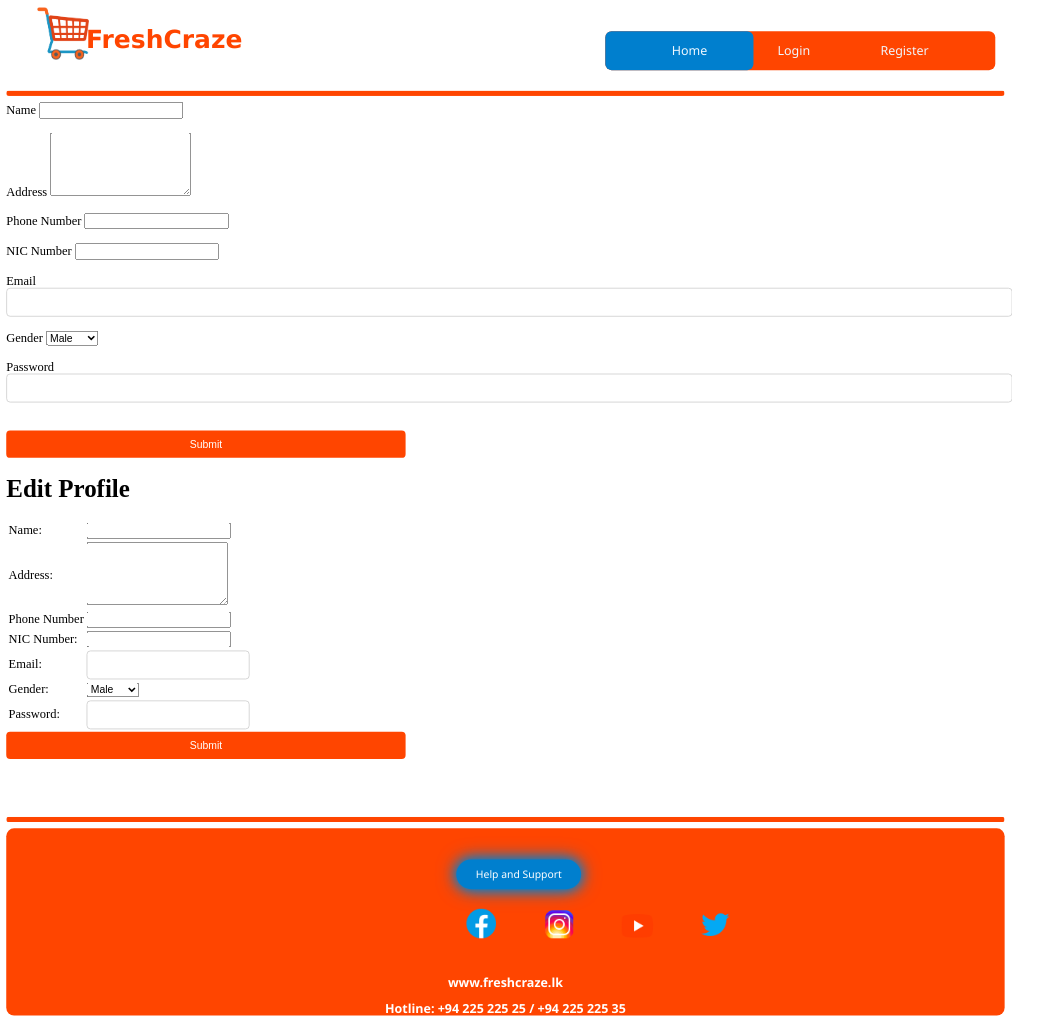
Repository: chamarac2002/FreshCraze
Page: http://localhost/CustomerDemo/customerinsert.jsp
These files come from the project's save history. The page is drawn as it stood at one moment and after the next save; the edit follows.
The browser window is 1280 px wide. The page is 1298 px wide, then 1348 px, so the pictures cover 1348 px, including what lies to the right of the window. The pictures show the whole page, at 78% of full size.
The page is served by Tomcat 9. Nobody is signed in. The application's start-up code is not run.

Above is the page before, as saved 2024-05-11 08:05:00.

After the next save:
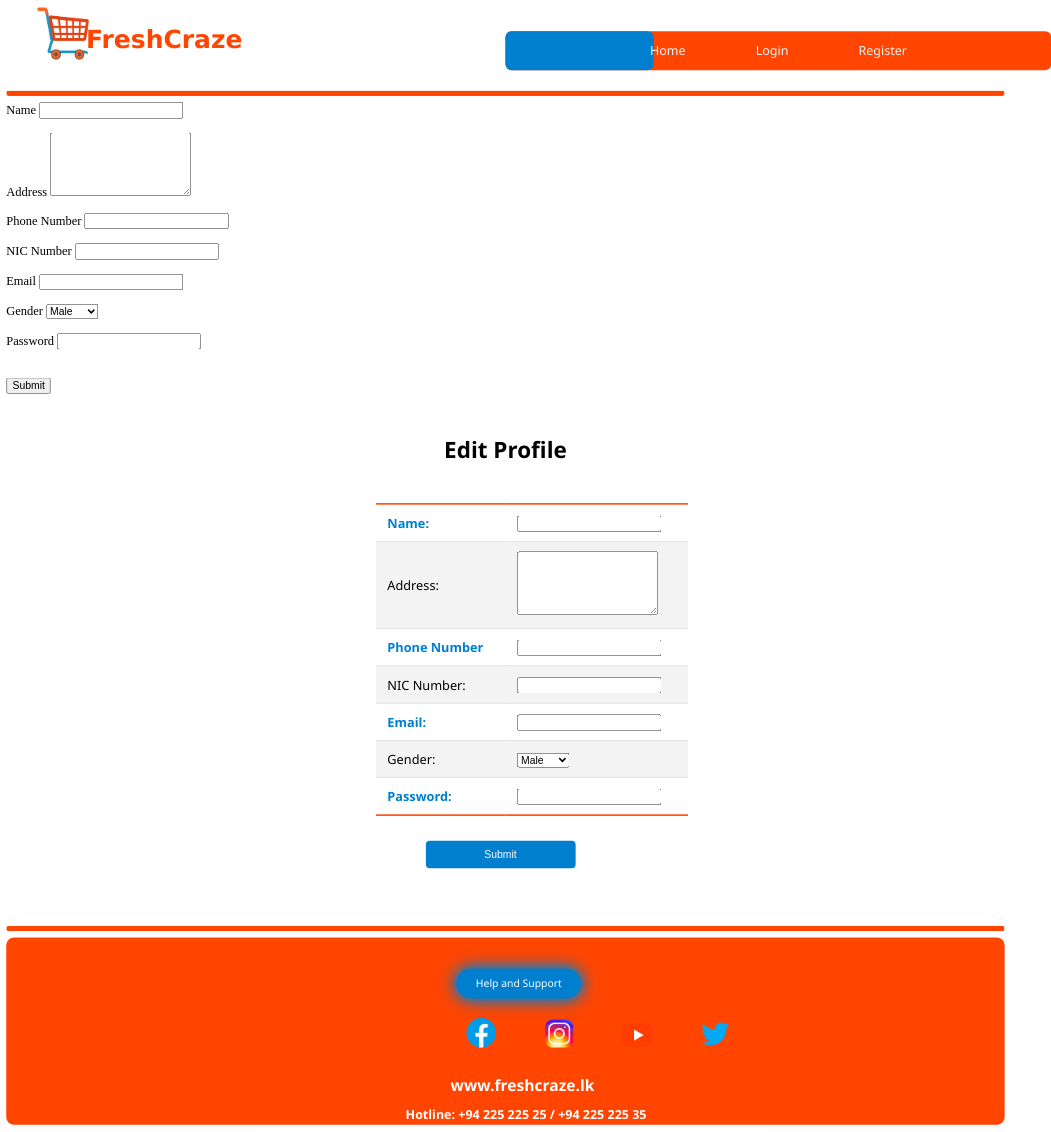
Saved 20 s later.
--- a/CustomerDemo/src/main/webapp/customerinsert.jsp
+++ b/CustomerDemo/src/main/webapp/customerinsert.jsp
@@ -8,7 +8,7 @@
     <meta name="viewport" content="width=device-width, initial-scale=1.0">
     <title>Home Page</title>
 
-    <link rel="stylesheet" href="Styles/loginStyle.css">
+    <link rel="stylesheet" href="Styles/insertStyle.css">
 </head>
 
 <body>
